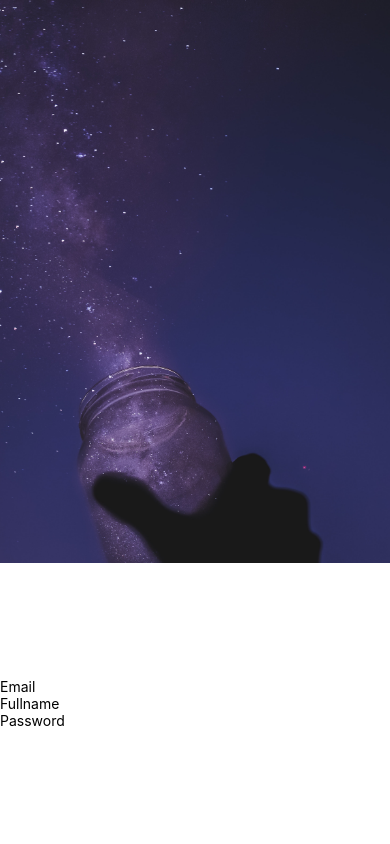
Repository: farrelmuhammad/project-react-native
Screen: /
The author's editor kept a copy of each file at every save. The screen is drawn from the files as they stood at one save, then again after the next save.
The app was drawn by React Native's web renderer in a window 390 px wide. The project was rebuilt for these pictures with package versions that can differ from the ones it lists, and the page was loaded fresh each time.

Above is the screen before, as saved 2023-01-09 12:03:20.

After the next save:
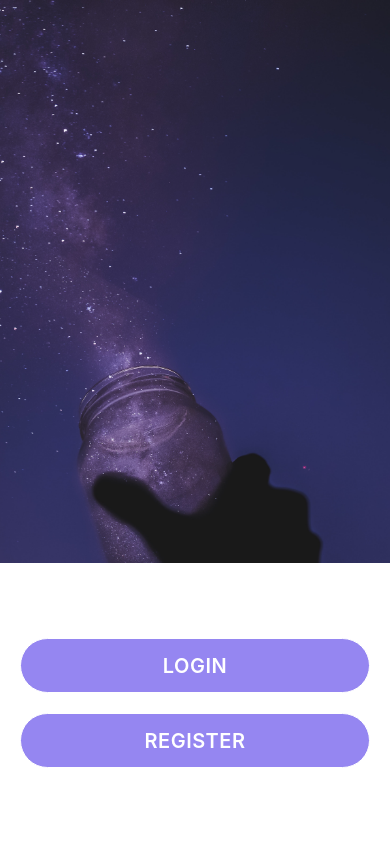
Saved 10 h 14 min later.
--- a/App.js
+++ b/App.js
@@ -18,17 +18,17 @@ export default function App() {
           />
         </Svg>
         <View style={styles.buttonContainer}>
-          {/* <View style={styles.button}>
+          <View style={styles.button}>
             <Text style={styles.buttonText}>LOGIN</Text>
           </View>
           <View style={styles.button}>
             <Text style={styles.buttonText}>REGISTER</Text>
-          </View> */}
-          <View>
+          </View>
+          {/* <View>
             <TextInput placeholder='Email' />
             <TextInput placeholder='Fullname' />
             <TextInput placeholder='Password' />
-          </View>
+          </View> */}
 
         </View>
       </View>
